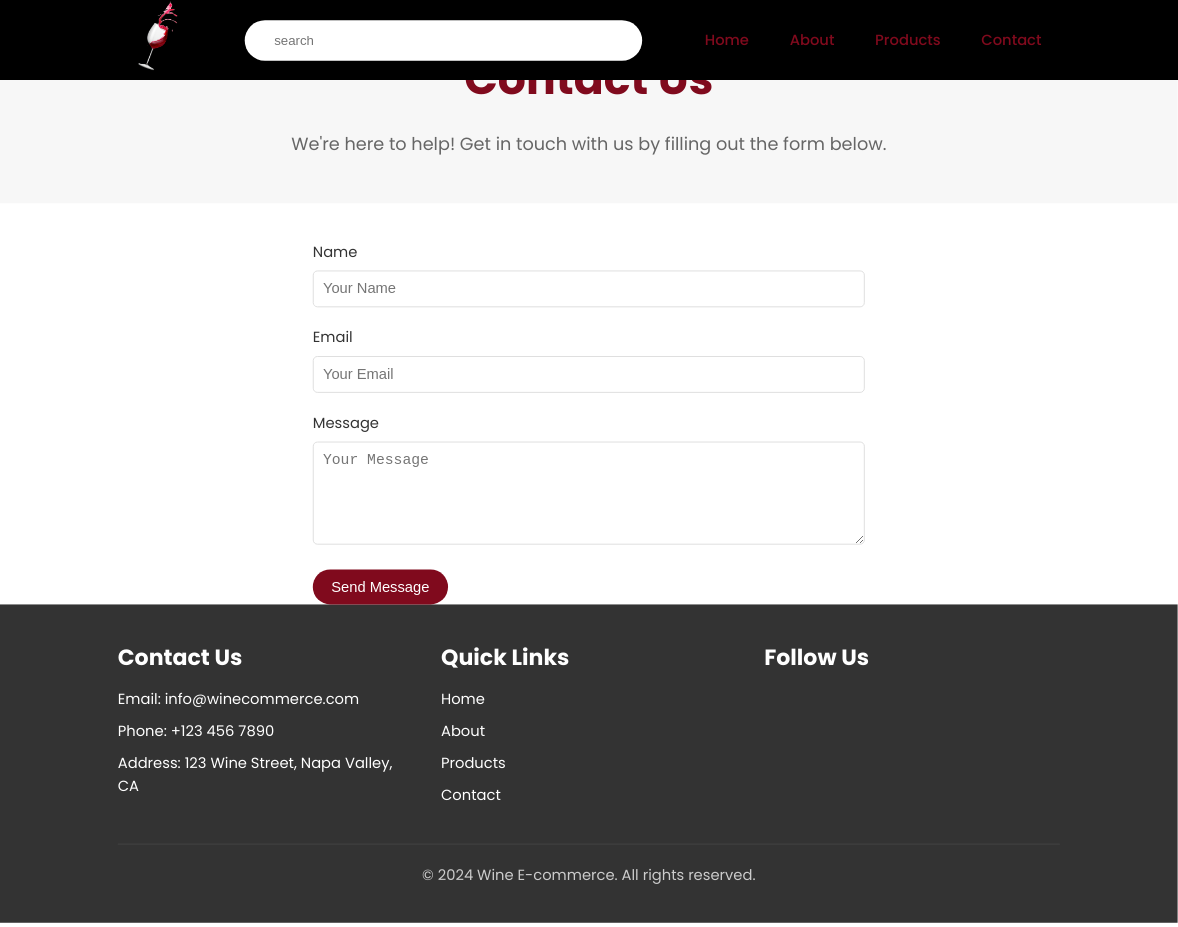
Repository: vncntxl/assesment3
Page: contact.html
The author's editor kept a copy of each file at every save. The page is drawn from the files as they stood at one save, then again after the next save.
The browser window is 1280 px wide. The pictures show the whole page, at 92% of full size.

Above is the page before, as saved 2024-08-22 13:30:23.

### contact.html
<!DOCTYPE html>
<html lang="en">

<head>
    <meta charset="UTF-8">
    <meta name="viewport" content="width=device-width, initial-scale=1.0">
    <title>Contact Us - Wine E-commerce</title>
    <link rel="stylesheet" href="styles.css">
</head>

<body>
    <!-- START OF NAVBAR -->
    <nav class="nav">
        <div class="container">
            <a href="index.html">
                <img class="logo" src="images/logo.png" alt="Logo">
            </a>
            <div class="search-bar">
                <i class="uil uil-search"></i>
                <input type="search" placeholder="search">
            </div>
            <ul>
                <li><a href="index.html">Home</a></li>
                <li><a href="about.html">About</a></li>
                <li><a href="products.html">Products</a></li>
                <li><a href="contact.html" class="active">Contact</a></li>
            </ul>
        </div>
    </nav>
    <!-- END OF NAVBAR -->

    <!-- START OF CONTACT SECTION -->
    <section class="contact-hero">
        <div class="container">
            <h1>Contact Us</h1>
            <p>We're here to help! Get in touch with us by filling out the form below.</p>
        </div>
    </section>

    <section class="contact-form container">
        <form id="contactForm">
            <div class="form-group">
                <label for="name">Name</label>
                <input type="text" id="name" name="name" placeholder="Your Name" required>
            </div>
            <div class="form-group">
                <label for="email">Email</label>
                <input type="email" id="email" name="email" placeholder="Your Email" required>
            </div>
            <div class="form-group">
                <label for="message">Message</label>
                <textarea id="message" name="message" placeholder="Your Message" rows="5" required></textarea>
            </div>
            <button type="submit" class="btn">Send Message</button>
        </form>
    </section>
    <!-- END OF CONTACT SECTION -->

    <!-- START OF FOOTER -->
    <footer class="footer">
        <div class="container">
            <div class="footer-columns">
                <div class="footer-column">
                    <h3>Contact Us</h3>
                    <ul>
                        <li>Email: info@winecommerce.com</li>
                        <li>Phone: +123 456 7890</li>
                        <li>Address: 123 Wine Street, Napa Valley, CA</li>
                    </ul>
                </div>
                <div class="footer-column">
                    <h3>Quick Links</h3>
                    <ul>
                        <li><a href="index.html">Home</a></li>
                        <li><a href="about.html">About</a></li>
                        <li><a href="products.html">Products</a></li>
                        <li><a href="#">Contact</a></li>
                    </ul>
                </div>
                <div class="footer-column">
                    <h3>Follow Us</h3>
                    <ul class="social-links">
                        <li><a href="#"><i class="uil uil-facebook-f"></i></a></li>
                        <li><a href="#"><i class="uil uil-twitter"></i></a></li>
                        <li><a href="#"><i class="uil uil-instagram"></i></a></li>
                        <li><a href="#"><i class="uil uil-linkedin-alt"></i></a></li>
                    </ul>
                </div>
            </div>
            <p class="footer-note">&copy; 2024 Wine E-commerce. All rights reserved.</p>
        </div>
    </footer>
    <!-- END OF FOOTER -->

    <script>
        document.getElementById("contactForm").addEventListener("submit", function(event) {
            event.preventDefault();
            alert("Successfully contacted!");
            document.getElementById("contactForm").reset(); // Reset the form after submission
        });
    </script>
</body>

</html>

### styles.css
/* font */
@import url('https://fonts.googleapis.com/css2?family=Poppins:ital,wght@0,100;0,200;0,300;0,400;0,500;0,600;0,700;0,800;0,900;1,100;1,200;1,300;1,400;1,500;1,600;1,700;1,800;1,900&display=swap');

* {
    padding: 0;
    margin: 0;
    box-sizing: border-box;
    outline: none;
    border: none;
}

body {
    font-family: 'Poppins', sans-serif;
}

.container {
    width: 80%;
    margin: 0 auto;
}

nav {
    width: 100%;
    background-color: black;
    padding: 0.7 rem 0;
    position: fixed;
    top: 0;
    z-index: 10;
}

.logo {
    max-width: 90px;
}

nav .container {
    display: flex;
    align-items: center;
    justify-content: space-between;
}

.search-bar {
    background-color: #fff;
    border-radius: 2rem;
    padding: 0.6rem 1rem;
    margin: 15px;
}

.search-bar input[type="search"] {
    background: transparent;
    width: 30vw;
    margin-left: 1rem;
    font-size: 0.9rem;
    color: #800A1D;

}

nav li {
    display: inline-block;
    padding: 0 20px;
}

nav li a {
    text-decoration: none;
    color: #800A1D;
    font-weight: 500;
}

.hero-section {
    margin-top: 85px;
}

.white-image {
    background-image: url(images/white.jpg);
}

.red-image {
    background-image: url(images/red.jpg);

}

.rose-image {
    background-image: url(images/rose.jpg);

}

.sparkling-image {
    background-image: url(images/white.jpg);

}

.carousel {
    background: #EEE;
    font-size: 80px;
    color: #fff;
    font-weight: 600;
    max-height: 500px;
    margin-bottom: 50px;
}
.carousel-cell {
    width: 100%;
    height: 500px;
    display: flex;
    align-items: center;
    justify-content: center;
    background-size: cover;
    background-position: center;
    background-repeat: no-repeat;
    transition: opacity 0.3s ease;
}

/* cell number */
.carousel-cell:before {
    display: block;
    text-align: center;
    line-height: 200px;
    font-size: 80px;
    color: white;
}


/* big buttons, no circle */
.flickity-prev-next-button {
    width: 50px;
    height: 50px;
    background: rgba(255, 255, 255, 0.5);
    position: absolute;
    top: 50%;
    transform: translateY(-50%);
    z-index: 1000;
}

/* arrow color */
.flickity-prev-next-button .arrow {
    fill: white;
}

.flickity-prev-next-button.no-svg {
    color: white;
}

.flickity-prev-next-button:hover {
    background: transparent;
}

/* hide disabled button */
.flickity-prev-next-button:disabled {
    display: none;
}
/* Start of main content section */
.main-content {
    margin: 0px px;
}

.featured-products {
    text-align: center;
    margin-bottom: 50px;
}

.featured-products h2 {
    font-size: 2.5rem;
    color: #800A1D;
}

.products {
    display: grid;
    grid-template-columns: repeat(auto-fit, minmax(250px, 1fr));
    gap: 20px;
    margin-top: 20px;
}

.product-card {
    background-color: #fff;
    border: 1px solid #ddd;
    border-radius: 10px;
    overflow: hidden;
    box-shadow: 0px 0px 10px rgba(0, 0, 0, 0.1);
    transition: transform 0.3s ease;
    text-align: center;
    padding: 20px;
}

.product-card img {
    width: 100%;
    height: 300px;
    object-fit: contain;
    display: block;
    margin: 0 auto;
}


.product-card h3 {
    font-size: 1.5rem;
    color: #333;
    margin-bottom: 10px;
}

.product-card .price {
    font-size: 1.2rem;
    color: #800A1D;
}

.product-card:hover {
    transform: translateY(-5px);
}

/* About Us Section */
.about-us {
    text-align: center;
    padding: 50px 50px;
    width: 100%;
}

.about-us h2 {
    font-size: 2.5rem;
    color: #800A1D;
    margin-bottom: 20px;
}

.about-us p {
    font-size: 1.1rem;
    color: #666;
    margin-bottom: 30px;
}

.about-us .btn {
    display: inline-block;
    background-color: #800A1D;
    color: #fff;
    padding: 10px 20px;
    border-radius: 20px;
    text-decoration: none;
    transition: background-color 0.3s ease;
}

.about-us .btn:hover {
    background-color: #a00;
}

/* Footer Styles */
.footer {
    background-color: #333;
    color: #fff;
    padding: 40px 0;
    text-align: left;
}

.footer-columns {
    display: grid;
    grid-template-columns: repeat(auto-fit, minmax(200px, 1fr));
    gap: 30px;
    margin-bottom: 30px;
}

.footer-column h3 {
    font-size: 1.5rem;
    margin-bottom: 15px;
}

.footer-column ul {
    list-style: none;
}

.footer-column ul li {
    margin-bottom: 10px;
}

.footer-column ul li a {
    color: #fff;
    text-decoration: none;
}

.footer-column ul li a:hover {
    text-decoration: underline;
}

.social-links {
    display: flex;
    gap: 10px;
}

.social-links li {
    list-style: none;
}

.social-links li a {
    color: #fff;
    font-size: 1.5rem;
    transition: color 0.3s ease;
}

.social-links li a:hover {
    color: #800A1D;
}

.footer-note {
    text-align: center;
    font-size: 1rem;
    color: #ccc;
    border-top: 1px solid #444;
    padding-top: 20px;
    margin-top: 20px;
}

.about-hero {
    background-image: url('images/about-background.jpg');
    background-size: cover;
    background-position: center;
    padding-bottom: 50px;
    text-align: center;
    color: #fff;
}

.about-hero h1 {
    font-size: 3rem;
    margin-bottom: 20px;
}

.about-hero p {
    font-size: 1.2rem;
    max-width: 700px;
    margin: 0 auto;
}

.about-content {
    display: flex;
    flex-wrap: wrap;
    margin-top: 50px;
}

.about-text {
    flex: 1;
    padding-right: 20px;
}

.about-image {
    flex: 1;
}

.about-image img {
    max-width: 100%;
    border-radius: 10px;
    box-shadow: 0px 0px 20px rgba(0, 0, 0, 0.1);
}

.team {
    text-align: center;
    margin-top: 80px;
}

.team h2 {
    font-size: 2.5rem;
    color: #800A1D;
    margin-bottom: 50px;
}

.team-grid {
    display: grid;
    grid-template-columns: repeat(auto-fit, minmax(200px, 1fr));
    gap: 30px;
}

.team-member {
    text-align: center;
}

.team-member img {
    width: 100%;
    height: auto;
    border-radius: 50%;
    margin-bottom: 15px;
}

.team-member h3 {
    font-size: 1.5rem;
    color: #333;
    margin-bottom: 5px;
}

.team-member p {
    font-size: 1rem;
    color: #777;
}

.products-hero{
    margin-top: 100px;
    margin-bottom: 50px;
}
.products-hero .product-card{
    margin-bottom: 50px;
}
.contact-hero {
    background-color: #f7f7f7;
    padding: 50px 0;
    text-align: center;
    color: #333;
    margin-bottom: -10px;
}

.contact-hero h1 {
    font-size: 3rem;
    margin-bottom: 20px;
    color: #800A1D;
}

.contact-hero p {
    font-size: 1.2rem;
    max-width: 700px;
    margin: 0 auto;
    color: #666;
}

.contact-form {
    margin-top: 50px;
    max-width: 600px;
}

.contact-form .form-group {
    margin-bottom: 20px;
}

.contact-form label {
    display: block;
    font-size: 1rem;
    color: #333;
    margin-bottom: 8px;
}

.contact-form input[type="text"],
.contact-form input[type="email"],
.contact-form textarea {
    width: 100%;
    padding: 10px;
    border-radius: 5px;
    border: 1px solid #ddd;
    font-size: 1rem;
    color: #333;
}

.contact-form textarea {
    resize: vertical;
}

.contact-form .btn {
    display: inline-block;
    background-color: #800A1D;
    color: #fff;
    padding: 10px 20px;
    border-radius: 20px;
    text-decoration: none;
    transition: background-color 0.3s ease;
    cursor: pointer;
    border: none;
    font-size: 1rem;
}

.contact-form .btn:hover {
    background-color: #a00;
}

After the next save:
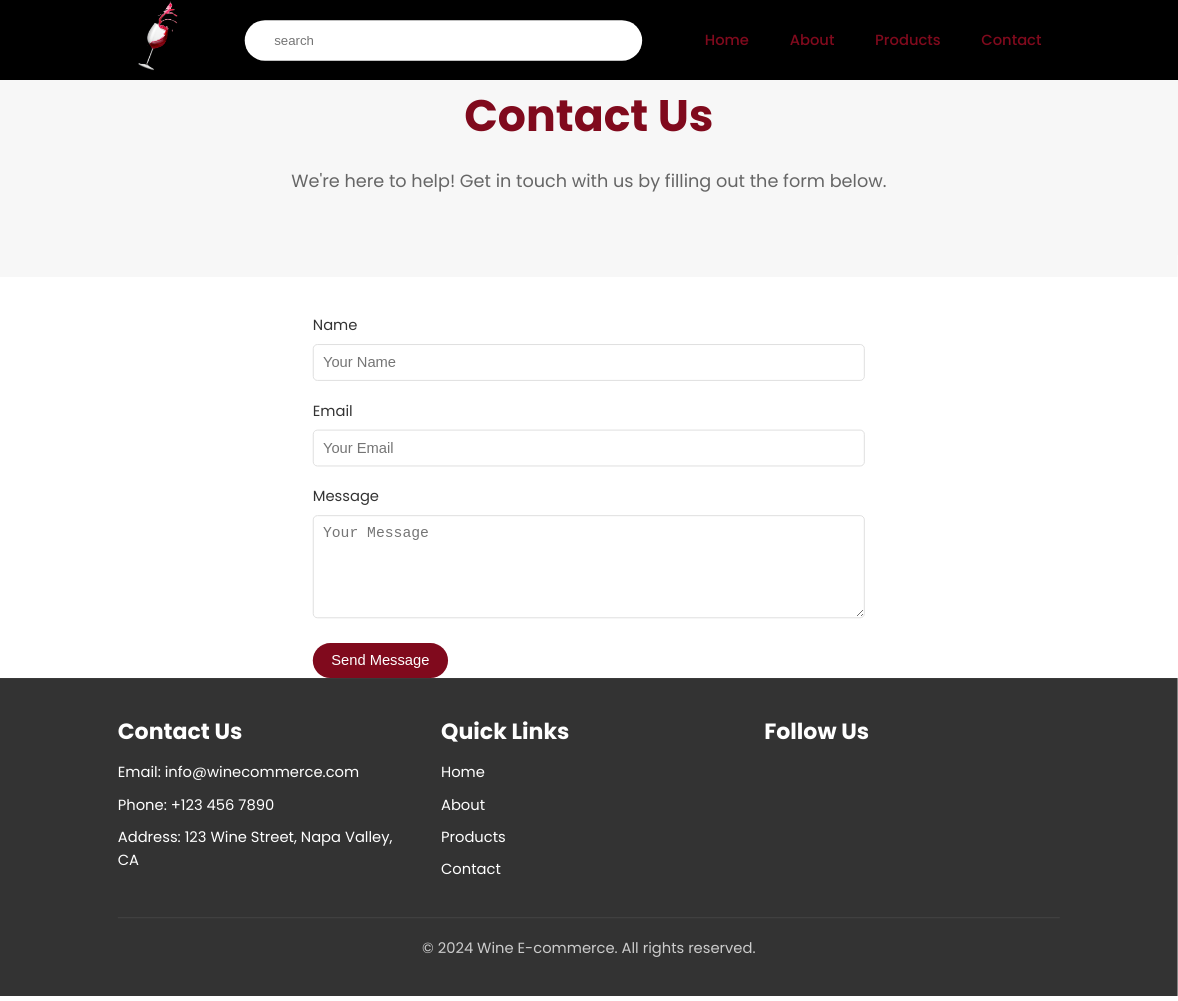
Saved 4 s later.
--- a/styles.css
+++ b/styles.css
@@ -389,7 +389,7 @@ nav li a {
 }
 .contact-hero {
     background-color: #f7f7f7;
-    padding: 50px 0;
+    padding: 90px 0;
     text-align: center;
     color: #333;
     margin-bottom: -10px;
